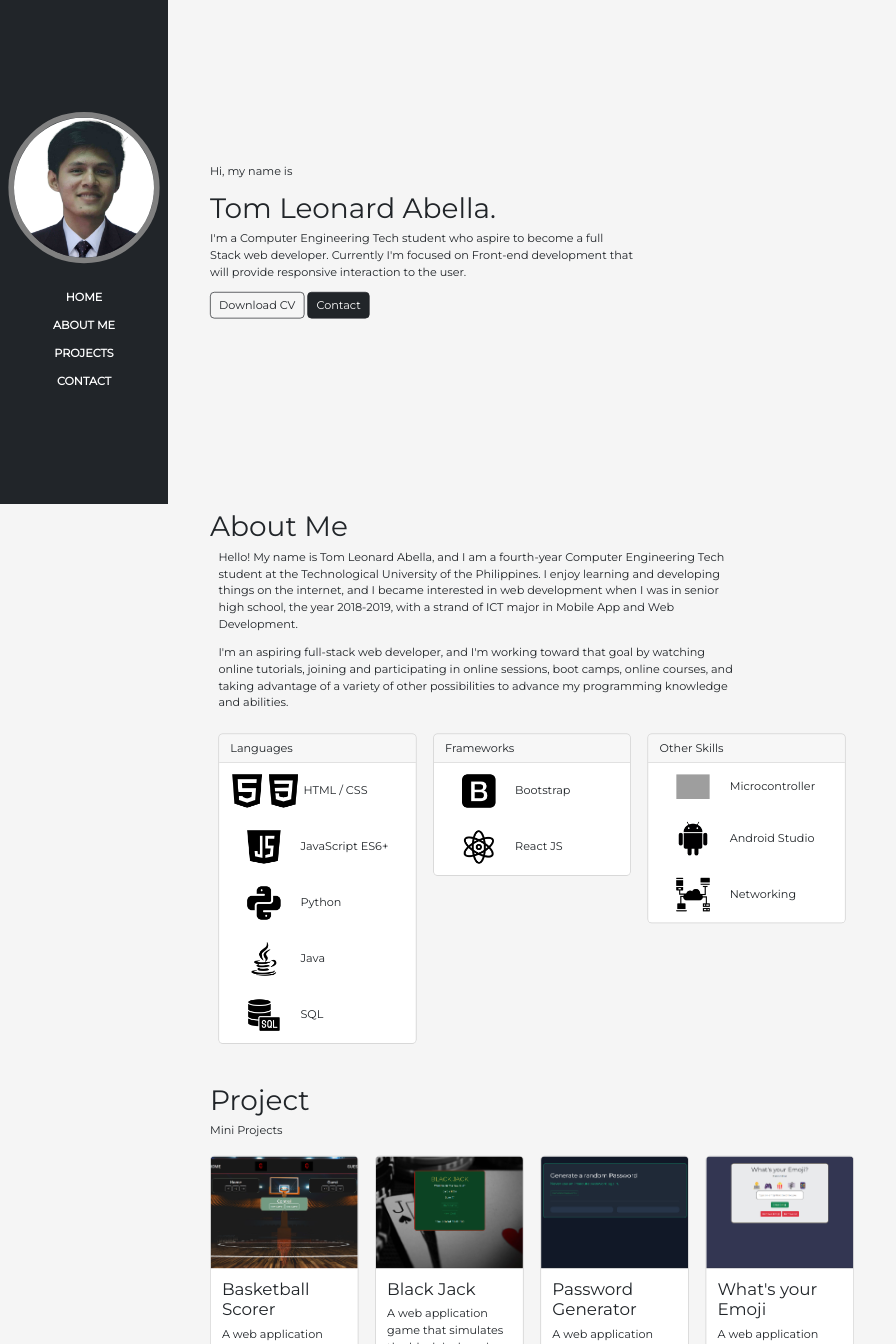
Repository: tom-abella/Portfolio
Page: index.html
An editor plug-in stored every save of this project. The page is shown before and after the next save, followed by the edit.
The browser window is 1280 px wide. The pictures show the part of the page from y = 0 to 1920 px (the page is 3347 px tall), at 70% of full size.
Pictures or frames that could not be fetched are drawn as grey boxes.

Above is the page before, as saved 2022-11-25 11:14:08.
Console error: ReferenceError: emailjs is not defined

After the next save:
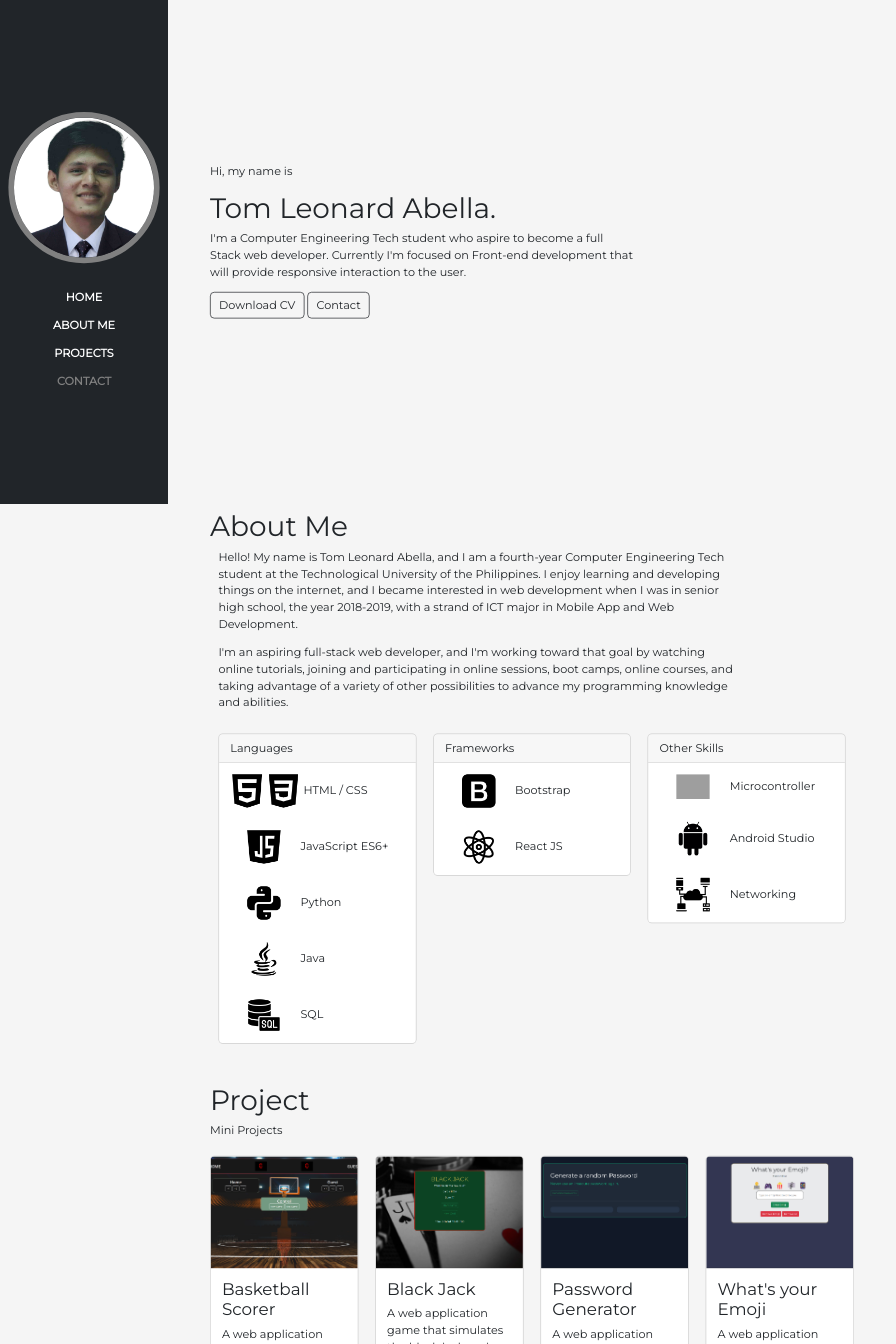
Saved 6 min 6 s later.
--- a/index.html
+++ b/index.html
@@ -12,7 +12,7 @@
 <link rel="stylesheet" href="https://unpkg.com/aos@next/dist/aos.css" />
     <title>Tom Leonard Abella</title>
 </head>
-<body data-bs-spy="scroll" data-bs-target="navbar">
+<body data-bs-spy="scroll" data-bs-target=".navbar">
     <header>
         <!-- Content-->
         <nav class="navbar navbar-expand-lg navbar-dark bg-dark fixed-top">
